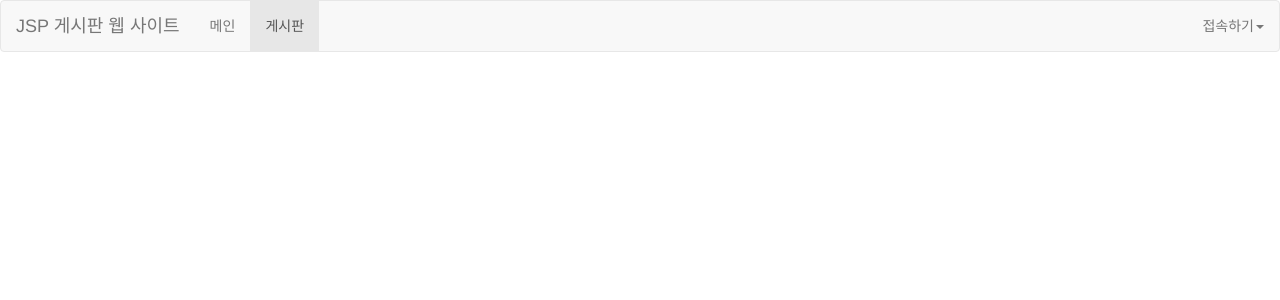
Repository: flown222/JSP_BasicWebsite_Project
Page: http://localhost/BBS/bbs.jsp
An editor plug-in stored every save of this project. The page is shown before and after the next save, followed by the edit.
The browser window is 1280 px wide. The pictures show the whole page.
The page is served by Tomcat 9.

Above is the page before, as saved 2022-08-21 06:34:24.

After the next save:
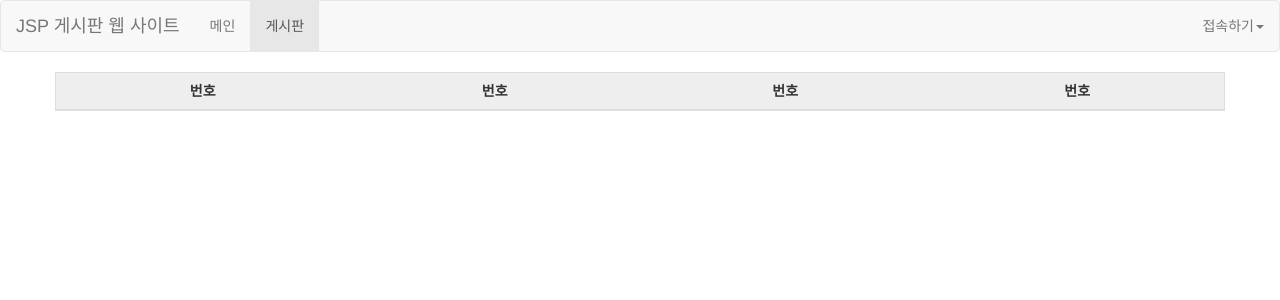
Saved 3 min 14 s later.
--- a/projects /BBS/src/main/webapp/bbs.jsp
+++ b/projects /BBS/src/main/webapp/bbs.jsp
@@ -72,7 +72,12 @@
 		<div class="row">
 			<table class="table table-striped" style="text-align : center; border: 1px solid #dddddd">
 				<thead>
-
+					<tr>
+						<th style="background-color: #eeeeee; text-align: center;">번호</th>
+						<th style="background-color: #eeeeee; text-align: center;">번호</th>
+						<th style="background-color: #eeeeee; text-align: center;">번호</th>
+						<th style="background-color: #eeeeee; text-align: center;">번호</th>
+					</tr>
 				</thead>
 			</table>
 		</div>
